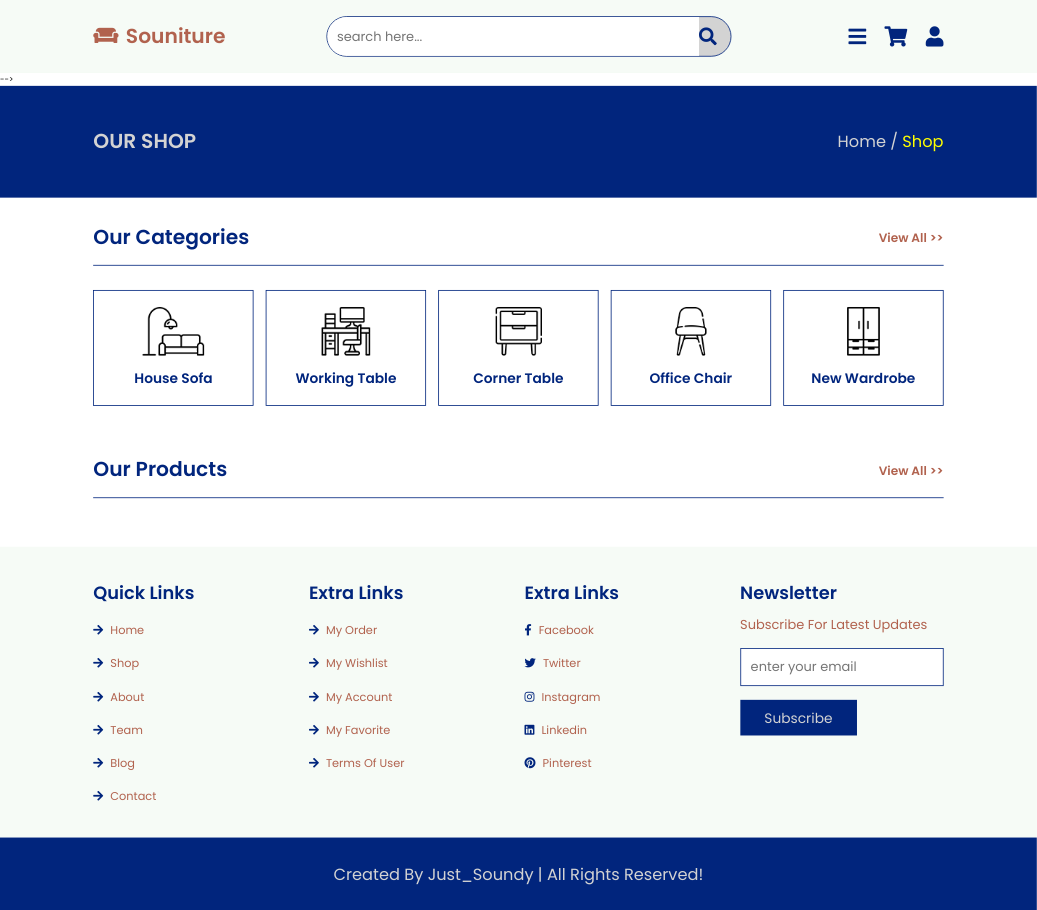
Repository: spencersoundy/furniture-store
Page: shop.html
These files come from the project's save history. The page is drawn as it stood at one moment and after a run of saves; the edit follows.
The browser window is 1280 px wide. The pictures show the whole page, at 81% of full size.
Pictures or frames that could not be fetched are drawn as grey boxes.

Above is the page before, as saved 2023-05-02 15:37:38.
Console error (its wording comes from the project's code and is left out).

### shop.html
<!DOCTYPE html>
<html lang="en">
<head>
    <meta charset="UTF-8">
    <meta http-equiv="X-UA-Compatible" content="IE=edge">
    <meta name="viewport" content="width=device-width, initial-scale=1.0">
    <title>shop</title>

    <!-- font awesome cdn link  -->
    <link rel="stylesheet" href="https://cdnjs.cloudflare.com/ajax/libs/font-awesome/5.15.4/css/all.min.css">

    <!-- custom css file link  -->
    <link rel="stylesheet" href="css/style.css">

</head>
<body>

<!-- header section starts  -->

<header class="header">

    <a href="home.html" class="logo"> <i class="fas fa-couch"></i> Souniture </a>

    <form action="" class="search-form">
        <input type="search" placeholder="search here..." id="search-box">
        <label for="search-box" class="fas fa-search"></label>
    </form>

    <div class="icons">
        <div id="menu-btn" class="fas fa-bars"></div>
        <div id="search-btn" class="fas fa-search"></div>
        <div id="cart-btn" class="fas fa-shopping-cart"></div>
        <div id="login-btn" class="fas fa-user"></div>
    </div>

</header>

<!-- header section ends  -->

<!-- closer btn  -->

<div id="closer" class="fas fa-times"></div>

<!-- navbar  -->

<nav class="navbar">
    <a href="home.html">home</a>
    <a href="shop.html">shop</a>
    <a href="about.html">about</a>
    <a href="team.html">team</a>
    <a href="blog.html">blog</a>
    <a href="contact.html">contact</a>
</nav>

<!-- shopping cart  -->

<div class="shopping-cart">
    <div class="cart-list">

    <div class="box">
        <i class="fas fa-times"></i>
        <img src="image/cart-img-1.jpg" alt="">
        <div class="content">
            <h3>morden furniture</h3>
            <span class="quantity"> 1 </span>
            <span class="multiply"> x </span>
            <span class="price"> $140.00 </span>
        </div>
    </div>
    </div>


    <h3 class="total"> total : <span>$560.00</span> </h3>

    <a href="#" class="btn">checkout cart</a>

</div> -->

<!-- login form  -->

<div class="login-form">

    <form action="">
        <h3>login form</h3>
        <input type="email" placeholder="enter your email" class="box">
        <input type="password" placeholder="enter your password" class="box">
        <div class="remember">
            <input type="checkbox" name="" id="remember-me">
            <label for="remember-me">remember me</label>
        </div>
        <input type="submit" value="login now" class="btn">
        <p>forget password? <a href="#">click here</a></p>
        <p>don't have an account? <a href="#">create now</a></p>
    </form>

</div>

<section class="heading">
    <h3>our shop</h3>
    <p> <a href="home.html">home</a> / <span>shop</span> </p>
</section>

<section class="category">

    <h1 class="title"> <span>our categories</span> <a href="#">view all >></a> </h1>

    <div class="box-container">

        <a href="#" class="box">
            <img src="image/icon-1.png" alt="">
            <h3>house sofa</h3>
        </a>

        <a href="#" class="box">
            <img src="image/icon-2.png" alt="">
            <h3>working table</h3>
        </a>

        <a href="#" class="box">
            <img src="image/icon-3.png" alt="">
            <h3>corner table</h3>
        </a>

        <a href="#" class="box">
            <img src="image/icon-4.png" alt="">
            <h3>office chair</h3>
        </a>

        <a href="#" class="box">
            <img src="image/icon-5.png" alt="">
            <h3>new wardrobe</h3>
        </a>

    </div>

</section>

<section class="products">

    <h1 class="title"> <span>our products</span> <a href="#">view all >></a> </h1>

    <div class="box-container">

        <!-- <div class="box">
            <div class="icons">
                <a href="#" class="fas fa-shopping-cart"></a>
                <a href="#" class="fas fa-heart"></a>
                <a href="#" class="fas fa-eye"></a>
            </div>
            <div class="image">
                <img src="image/product-1.jpg" alt="">
            </div>
            <div class="content">
                <div class="price">R2380.00</div>
                <h3>modern furniture</h3>
                <div class="stars">
                    <i class="fas fa-star"></i>
                    <i class="fas fa-star"></i>
                    <i class="fas fa-star"></i>
                    <i class="fas fa-star"></i>
                    <i class="far fa-star"></i>
                    <span> (50) </span>
                </div>
            </div>
        </div>

        <div class="box">
            <div class="icons">
                <a href="#" class="fas fa-shopping-cart"></a>
                <a href="#" class="fas fa-heart"></a>
                <a href="#" class="fas fa-eye"></a>
            </div>
            <div class="image">
                <img src="image/product-2.jpg" alt="">
            </div>
            <div class="content">
                <div class="price">R2380.00</div>
                <h3>modern furniture</h3>
                <div class="stars">
                    <i class="fas fa-star"></i>
                    <i class="fas fa-star"></i>
                    <i class="fas fa-star"></i>
                    <i class="fas fa-star"></i>
                    <i class="far fa-star"></i>
                    <span> (50) </span>
                </div>
            </div>
        </div>

        <div class="box">
            <div class="icons">
                <a href="#" class="fas fa-shopping-cart"></a>
                <a href="#" class="fas fa-heart"></a>
                <a href="#" class="fas fa-eye"></a>
            </div>
            <div class="image">
                <img src="image/product-3.jpg" alt="">
            </div>
            <div class="content">
                <div class="price">R2380.00</div>
                <h3>modern furniture</h3>
                <div class="stars">
                    <i class="fas fa-star"></i>
                    <i class="fas fa-star"></i>
                    <i class="fas fa-star"></i>
                    <i class="fas fa-star"></i>
                    <i class="far fa-star"></i>
                    <span> (50) </span>
                </div>
            </div>
        </div>

        <div class="box">
            <div class="icons">
                <a href="#" class="fas fa-shopping-cart"></a>
                <a href="#" class="fas fa-heart"></a>
                <a href="#" class="fas fa-eye"></a>
            </div>
            <div class="image">
                <img src="image/product-4.jpg" alt="">
            </div>
            <div class="content">
                <div class="price">R2380.00</div>
                <h3>modern furniture</h3>
                <div class="stars">
                    <i class="fas fa-star"></i>
                    <i class="fas fa-star"></i>
                    <i class="fas fa-star"></i>
                    <i class="fas fa-star"></i>
                    <i class="far fa-star"></i>
                    <span> (50) </span>
                </div>
            </div>
        </div>

        <div class="box">
            <div class="icons">
                <a href="#" class="fas fa-shopping-cart"></a>
                <a href="#" class="fas fa-heart"></a>
                <a href="#" class="fas fa-eye"></a>
            </div>
            <div class="image">
                <img src="image/product-5.jpg" alt="">
            </div>
            <div class="content">
                <div class="price">R2380.00</div>
                <h3>modern furniture</h3>
                <div class="stars">
                    <i class="fas fa-star"></i>
                    <i class="fas fa-star"></i>
                    <i class="fas fa-star"></i>
                    <i class="fas fa-star"></i>
                    <i class="far fa-star"></i>
                    <span> (50) </span>
                </div>
            </div>
        </div>

        <div class="box">
            <div class="icons">
                <a href="#" class="fas fa-shopping-cart"></a>
                <a href="#" class="fas fa-heart"></a>
                <a href="#" class="fas fa-eye"></a>
            </div>
            <div class="image">
                <img src="image/product-6.jpg" alt="">
            </div>
            <div class="content">
                <div class="price">R2380.00</div>
                <h3>modern furniture</h3>
                <div class="stars">
                    <i class="fas fa-star"></i>
                    <i class="fas fa-star"></i>
                    <i class="fas fa-star"></i>
                    <i class="fas fa-star"></i>
                    <i class="far fa-star"></i>
                    <span> (50) </span>
                </div>
            </div>
        </div>

        <div class="box">
            <div class="icons">
                <a href="#" class="fas fa-shopping-cart"></a>
                <a href="#" class="fas fa-heart"></a>
                <a href="#" class="fas fa-eye"></a>
            </div>
            <div class="image">
                <img src="image/product-7.jpg" alt="">
            </div>
            <div class="content">
                <div class="price">R2380.00</div>
                <h3>modern furniture</h3>
                <div class="stars">
                    <i class="fas fa-star"></i>
                    <i class="fas fa-star"></i>
                    <i class="fas fa-star"></i>
                    <i class="fas fa-star"></i>
                    <i class="far fa-star"></i>
                    <span> (50) </span>
                </div>
            </div>
        </div>

        <div class="box">
            <div class="icons">
                <a href="#" class="fas fa-shopping-cart"></a>
                <a href="#" class="fas fa-heart"></a>
                <a href="#" class="fas fa-eye"></a>
            </div>
            <div class="image">
                <img src="image/product-8.jpg" alt="">
            </div>
            <div class="content">
                <div class="price">R2380.00</div>
                <h3>modern furniture</h3>
                <div class="stars">
                    <i class="fas fa-star"></i>
                    <i class="fas fa-star"></i>
                    <i class="fas fa-star"></i>
                    <i class="fas fa-star"></i>
                    <i class="far fa-star"></i>
                    <span> (50) </span>
                </div>
            </div>
        </div>-->

    </div>

</section>




















<!-- footer section  -->

<section class="footer">

    <div class="box-container">

        <div class="box">
            <h3>quick links</h3>
            <a href="home.html"> <i class="fas fa-arrow-right"></i> home</a>
            <a href="shop.html"> <i class="fas fa-arrow-right"></i> shop</a>
            <a href="about.html"> <i class="fas fa-arrow-right"></i> about</a>
            <a href="team.html"> <i class="fas fa-arrow-right"></i> team</a>
            <a href="blog.html"> <i class="fas fa-arrow-right"></i> blog</a>
            <a href="contact.html"> <i class="fas fa-arrow-right"></i> contact</a>
        </div>

        <div class="box">
            <h3>extra links</h3>
            <a href="#"> <i class="fas fa-arrow-right"></i> my order</a>
            <a href="#"> <i class="fas fa-arrow-right"></i> my wishlist</a>
            <a href="#"> <i class="fas fa-arrow-right"></i> my account</a>
            <a href="#"> <i class="fas fa-arrow-right"></i> my favorite</a>
            <a href="#"> <i class="fas fa-arrow-right"></i> terms of user</a>
        </div>

        <div class="box">
            <h3>extra links</h3>
            <a href="#"> <i class="fab fa-facebook-f"></i> facebook</a>
            <a href="#"> <i class="fab fa-twitter"></i> twitter</a>
            <a href="#"> <i class="fab fa-instagram"></i> instagram</a>
            <a href="#"> <i class="fab fa-linkedin"></i> linkedin</a>
            <a href="#"> <i class="fab fa-pinterest"></i> pinterest</a>
        </div>

        <div class="box">
            <h3>newsletter</h3>
            <p>subscribe for latest updates</p>
            <form action="">
                <input type="email" name="" placeholder="enter your email" id="">
                <input type="submit" value="subscribe" class="btn">
            </form>
        </div>

    </div>

</section>

<section class="credit">
    created by Just_Soundy | all rights reserved!
</section>

<!-- custom js file link  -->
<script src="js/script.js"></script>

</body>
</html>

### js/script.js
let closer = document.querySelector('#closer');

closer.onclick = () =>{
    closer.style.display = 'none';
    navbar.classList.remove('active');
    cart.classList.remove('active');
    loginForm.classList.remove('active');
}

let navbar = document.querySelector('.navbar');

document.querySelector('#menu-btn').onclick = () =>{
    closer.style.display = 'block';
    navbar.classList.toggle('active');
}

let cart = document.querySelector('.shopping-cart');

document.querySelector('#cart-btn').onclick = () =>{
    closer.style.display = 'block';
    cart.classList.toggle('active');
}

let loginForm = document.querySelector('.login-form');

document.querySelector('#login-btn').onclick = () =>{
    closer.style.display = 'block';
    loginForm.classList.toggle('active');
}

let searchForm = document.querySelector('.header .search-form');

document.querySelector('#search-btn').onclick = () =>{
    searchForm.classList.toggle('active');
}

window.onscroll = () =>{
    searchForm.classList.remove('active');
}

let slides = document.querySelectorAll('.home .slides-container .slide');
let index = 0;

function next(){
    slides[index].classList.remove('active');
    index = (index + 1) % slides.length;
    slides[index].classList.add('active');
}

function prev(){
    slides[index].classList.remove('active');
    index = (index - 1 + slides.length) % slides.length;
    slides[index].classList.add('active');
}

// variables and constants
const cartContainer = document.querySelector('.');
const productList = document.querySelector('.box-container');
const cartList = document.querySelector('.cart-list');
const cartTotalValue = document.getElementById('cart-total-value');
const cartCountInfo = document.getElementById('cart-count-info');
let cartItemID = 1;

eventListeners();

// all event listeners
function eventListeners(){
    window.addEventListener('DOMContentLoaded', () => {
        loadJSON();
        loadCart();
    });
    // toggle navbar when toggle button is clicked
    document.querySelector('.navbar-toggler').addEventListener('click', () => {
        document.querySelector('.navbar-collapse').classList.toggle('show-navbar');
    });

    // show/hide cart container
    document.getElementById('cart-btn').addEventListener('click', () => {
        cartContainer.classList.toggle('show-cart-container');
    });

    // add to cart
    productList.addEventListener('click', purchaseProduct);

    // delete from cart
    cartList.addEventListener('click', deleteProduct);
}

// update cart info
function updateCartInfo(){
    let cartInfo = findCartInfo();
    cartCountInfo.textContent = cartInfo.productCount;
    cartTotalValue.textContent = cartInfo.total;
}

// load product items content form JSON file
function loadJSON(){
    fetch('furniture.json')
    .then(response => response.json())
    .then(data =>{
        let html = '';
        data.forEach(product => {
            html += `
             <div class="box">
                <div class="icons">
                <button type= "button" class = "add-to-cart-btn">
                    <i  class="fas fa-shopping-cart"></i>
                    </button>
                    <a href="#" class="fas fa-heart"></a>
                    <a href="#" class="fas fa-eye"></a>
                </div>
                <div class="image">
                    <img src="${product.Imgsrc}" alt="">
                </div>
                <div class="content">
                    <div class="price">${product.price}</div>
                    <h3>${product.name}</h3>
                    <div class="stars">
                        <i class="fas fa-star"></i>
                        <i class="fas fa-star"></i>
                        <i class="fas fa-star"></i>
                        <i class="fas fa-star"></i>
                        <i class="far fa-star"></i>
                        <span> (5) </span>
                    </div>
                </div>
            </div>
            `;
        });
        productList.innerHTML = html;
    })
    //.catch(error => {
      //  alert(`User live server or local server`);
        //URL scheme must be "http" or "https" for CORS request. You need to be serving your index.html locally or have your site hosted on a live server somewhere for the Fetch API to work properly.
   // })
}


// purchase product
function purchaseProduct(e){
    if(e.target.classList.contains('add-to-cart-btn')){
        let product = e.target.parentElement.parentElement;
        getProductInfo(product);
    }
}

// get product info after add to cart button click
function getProductInfo(product){
    let productInfo = {
        id: cartItemID,
        imgSrc: product.querySelector('.product-img img').src,
        name: product.querySelector('.product-name').textContent,
        category: product.querySelector('.product-category').textContent,
        price: product.querySelector('.product-price').textContent
    }
    cartItemID++;
    addToCartList(productInfo);
    saveProductInStorage(productInfo);
}

// add the selected product to the cart list
function addToCartList(product){
    const cartItem = document.createElement('div');
    cartItem.classList.add('cart-item');
    cartItem.setAttribute('data-id', `${product.id}`);
    cartItem.innerHTML = `
        <img src = "${product.imgSrc}" alt = "product image">
        <div class = "cart-item-info">
            <h3 class = "cart-item-name">${product.name}</h3>
            <span class = "cart-item-category">${product.category}</span>
            <span class = "cart-item-price">${product.price}</span>
        </div>

        <button type = "button" class = "cart-item-del-btn">
            <i class = "fas fa-times"></i>
        </button>
    `;
    cartList.appendChild(cartItem);
}

// save the product in the local storage
function saveProductInStorage(item){
    let products = getProductFromStorage();
    products.push(item);
    localStorage.setItem('products', JSON.stringify(products));
    updateCartInfo();
}

// get all the products info if there is any in the local storage
function getProductFromStorage(){
    return localStorage.getItem('products') ? JSON.parse(localStorage.getItem('products')) : [];
    // returns empty array if there isn't any product info
}

// load carts product
function loadCart(){
    let products = getProductFromStorage();
    if(products.length < 1){
        cartItemID = 1; // if there is no any product in the local storage
    } else {
        cartItemID = products[products.length - 1].id;
        cartItemID++;
        // else get the id of the last product and increase it by 1
    }
    products.forEach(product => addToCartList(product));

    // calculate and update UI of cart info
    updateCartInfo();
}

// calculate total price of the cart and other info
function findCartInfo(){
    let products = getProductFromStorage();
    let total = products.reduce((acc, product) => {
        let price = parseFloat(product.price.substr(1)); // removing dollar sign
        return acc += price;
    }, 0); // adding all the prices

    return{
        total: total.toFixed(2),
        productCount: products.length
    }
}

// delete product from cart list and local storage
function deleteProduct(e){
    let cartItem;
    if(e.target.tagName === "BUTTON"){
        cartItem = e.target.parentElement;
        cartItem.remove(); // this removes from the DOM only
    } else if(e.target.tagName === "I"){
        cartItem = e.target.parentElement.parentElement;
        cartItem.remove(); // this removes from the DOM only
    }

    let products = getProductFromStorage();
    let updatedProducts = products.filter(product => {
        return product.id !== parseInt(cartItem.dataset.id);
    });
    localStorage.setItem('products', JSON.stringify(updatedProducts)); // updating the product list after the deletion
    updateCartInfo();
}

Loaded but not shown: furniture.json (51 lines, source omitted); css/style.css (1189 lines, source omitted)

After the next 3 saves:
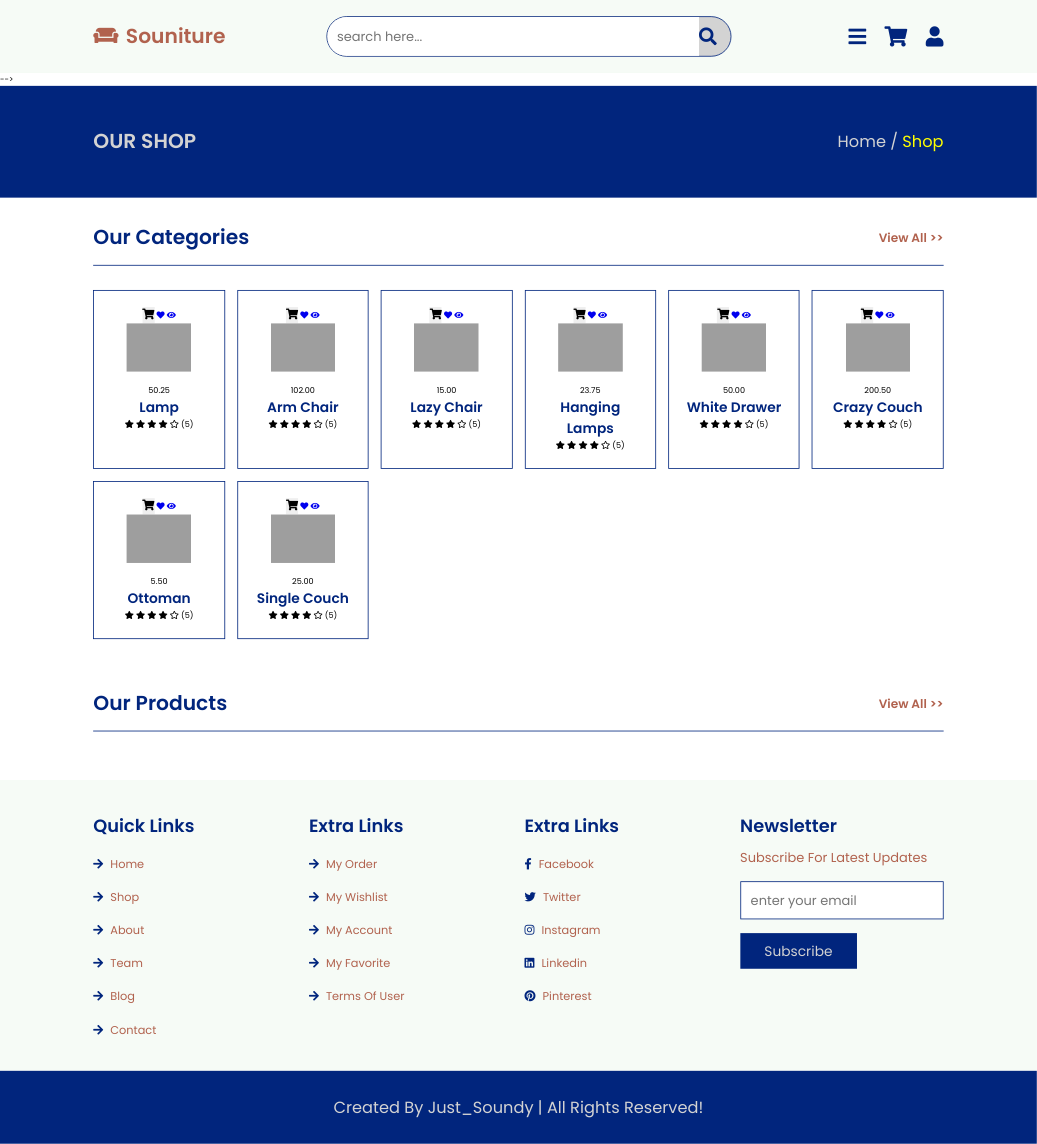
Console error: TypeError: Cannot read properties of null (reading 'addEventListener')
The 3 saves are shown as one change because they came seconds apart.
The last was saved 6 s later.
--- a/js/script.js
+++ b/js/script.js
@@ -54,7 +54,7 @@ function prev(){
 }
 
 // variables and constants
-const cartContainer = document.querySelector('.');
+const cartContainer = document.querySelector('.shopping-cart');
 const productList = document.querySelector('.box-container');
 const cartList = document.querySelector('.cart-list');
 const cartTotalValue = document.getElementById('cart-total-value');
